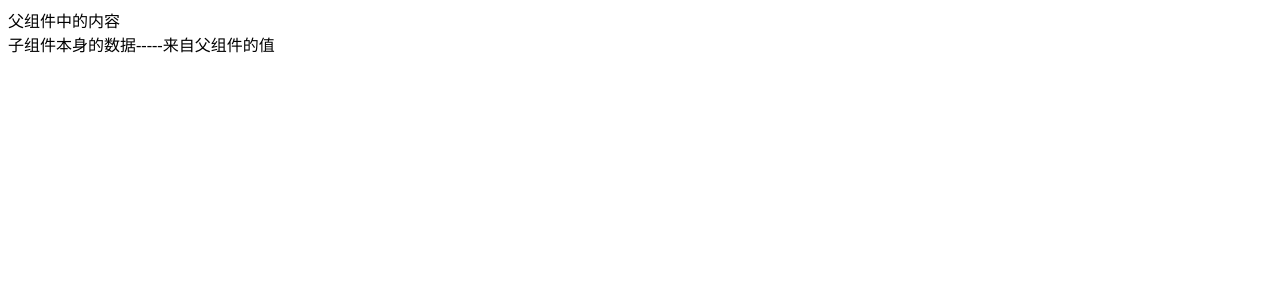
Repository: R1Deemo/Vue
Page: 02.html
The author's editor kept a copy of each file at every save. The page is drawn from the files as they stood at one save, then again after the next save.
The browser window is 1280 px wide. The pictures show the whole page.

Above is the page before, as saved 2022-11-14 08:40:39.

### 02.html
<!DOCTYPE html>
<html lang="en">

<head>
    <meta charset="UTF-8">
    <meta http-equiv="X-UA-Compatible" content="IE=edge">
    <meta name="viewport" content="width=device-width, initial-scale=1.0">
    <title>Document</title>
</head>

<body>
    <div id="app">
        <div>{{pmsg}}</div>
        <menu-item title="来自父组件的值"></menu-item>
    </div>

    <script src="https://cdn.jsdelivr.net/npm/vue/dist/vue.js"></script>



    <script>
        Vue.component('menu-item', {
            props: ['title'], //接受父组件的值
            data: function() {
                return {
                    msg: '子组件本身的数据'
                }
            },
            template: '<div>{{msg+"-----"+title}}</div>'
        })
        var vm = new Vue({
            el: '#app',
            data: {
                pmsg: '父组件中的内容 '
            }
        })
    </script>
</body>

</html>

After the next save:
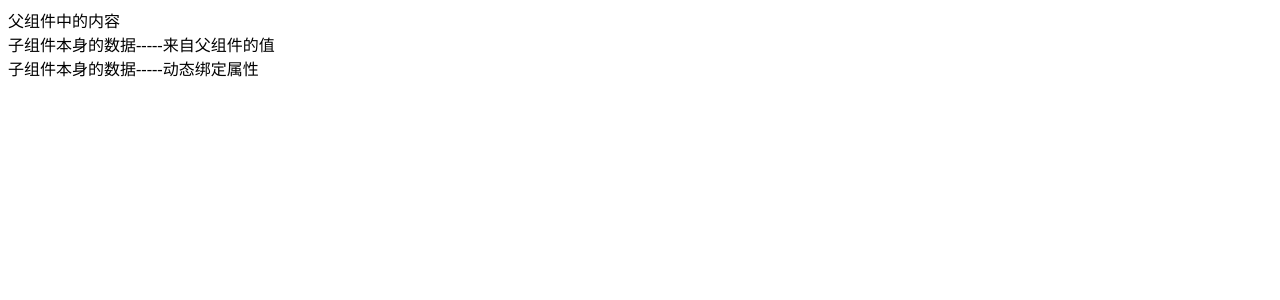
Saved 40 s later.
--- a/02.html
+++ b/02.html
@@ -12,6 +12,8 @@
     <div id="app">
         <div>{{pmsg}}</div>
         <menu-item title="来自父组件的值"></menu-item>
+        <menu-item :title="pTitle"></menu-item>
+
     </div>
 
     <script src="https://cdn.jsdelivr.net/npm/vue/dist/vue.js"></script>
@@ -31,7 +33,8 @@
         var vm = new Vue({
             el: '#app',
             data: {
-                pmsg: '父组件中的内容 '
+                pmsg: '父组件中的内容 ',
+                pTitle: '动态绑定属性'
             }
         })
     </script>
